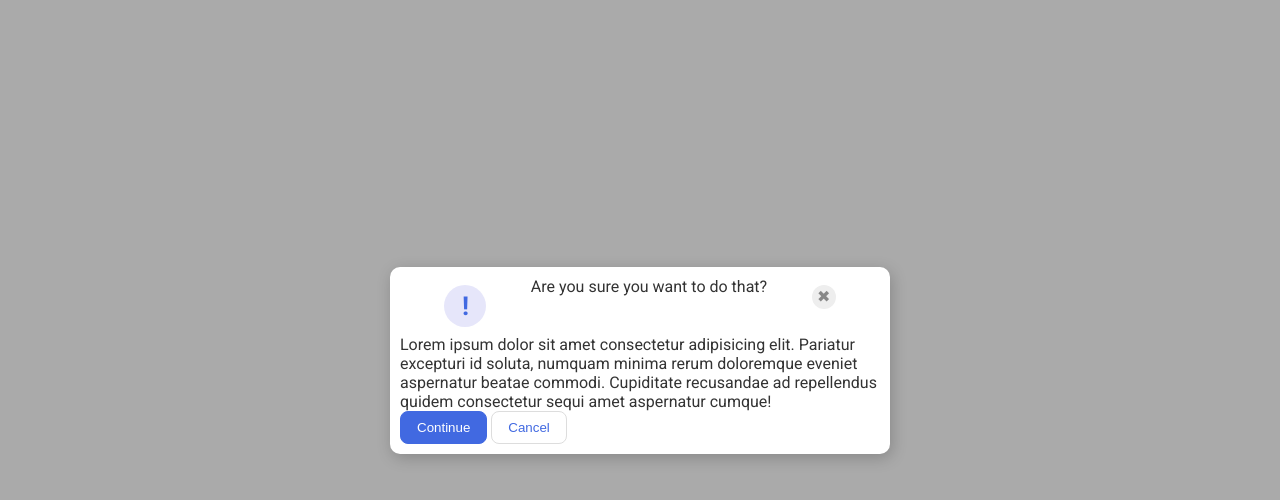
Repository: evemcd/odin_project
Page: 06-odin-css-flex/05-flex-modal/index.html
These files come from the project's save history. The page is drawn as it stood at one moment and after the next save; the edit follows.
The browser window is 1280 px wide. The pictures show the whole page.

Above is the page before, as saved 2022-02-03 09:51:39.

After the next save:
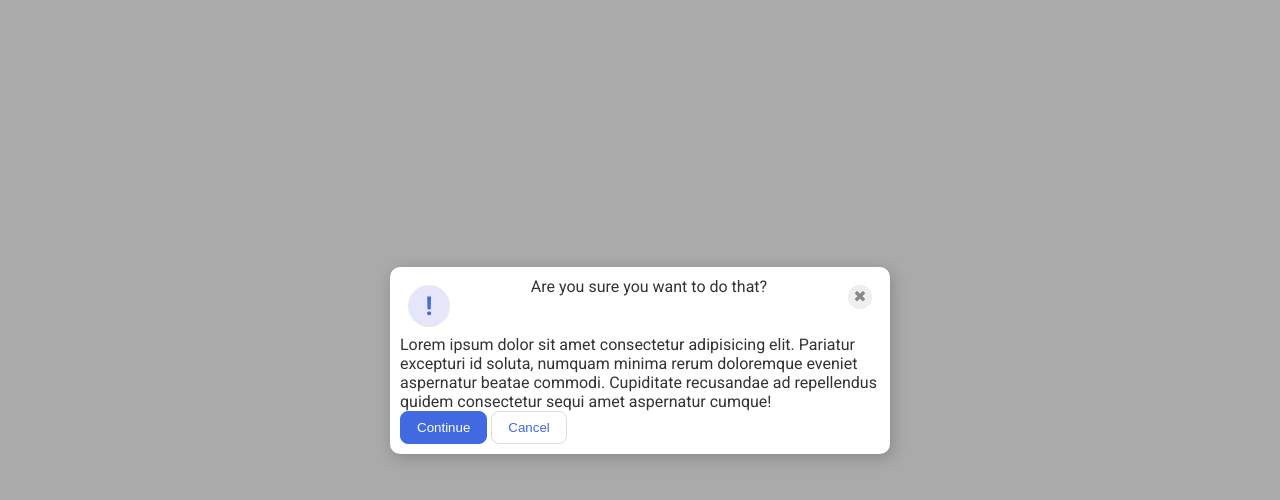
Saved 19 s later.
--- a/06-odin-css-flex/05-flex-modal/style.css
+++ b/06-odin-css-flex/05-flex-modal/style.css
@@ -72,5 +72,5 @@ button.cancel {
 
 .yousure {
     display: flex;
-    justify-content: space-evenly;
+    justify-content: space-between;
 }
